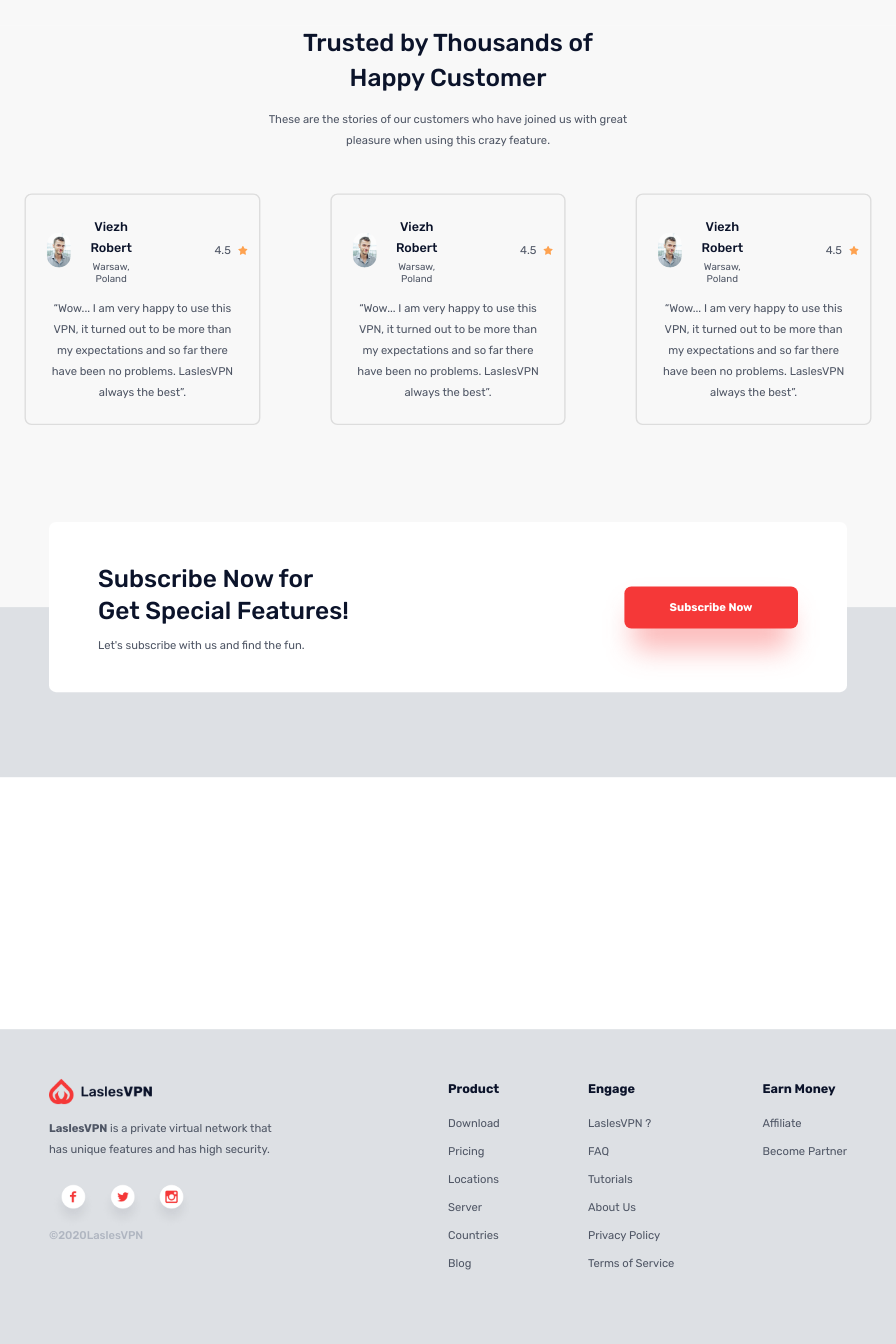
Repository: dangpham205/LaslesVPN-Landing-Page
Page: index.html
These files come from the project's save history. The page is drawn as it stood at one moment and after the next save; the edit follows.
The browser window is 1280 px wide. The pictures show the part of the page from y = 3716 to 5636 px (the page is 5636 px tall before and 5136 px after), at 70% of full size.
Some web libraries are served in a nearby version.

Above is the page before, as saved 2022-07-21 09:32:35.

### index.html
<!DOCTYPE html>
<html lang="en">
<head>
    <meta charset="UTF-8">
    <meta http-equiv="X-UA-Compatible" content="IE=edge">
    <meta name="viewport" content="width=device-width, initial-scale=1.0">
    <title>Lasles</title>
    <link rel="stylesheet" type="text/css" href="https://cdn.jsdelivr.net/npm/slick-carousel@1.8.1/slick/slick.css"/>
    <link rel="preconnect" href="https://fonts.googleapis.com" />
    <link rel="preconnect" href="https://fonts.gstatic.com" crossorigin />
    <link
      href="https://fonts.googleapis.com/css2?family=Rubik:wght@400;500;700&display=swap"
      rel="stylesheet"
    />
    <link rel="stylesheet" href="./assets/css/style.css">
</head>
<body>
    <div class="wrapper">

        <!-- Menu -->
        <header class="menu">
            <div class="container">
                <div class="menu__container">
                    <img srcset="./assets/img/logo.png 2x" alt="" class="menu__logo" />
                    <div class="menu__list">
                        <div class="menu__item">
                            <a href="" class="menu__item-link">About</a>
                        </div>
                        <div class="menu__item">
                            <a href="" class="menu__item-link">Features</a>
                        </div>
                        <div class="menu__item">
                            <a href="" class="menu__item-link">Pricing</a>
                        </div>
                        <div class="menu__item">
                            <a href="" class="menu__item-link">Testimonials</a>
                        </div>
                        <div class="menu__item">
                            <a href="" class="menu__item-link">Help</a>
                        </div>
                    </div>
                    <div class="menu__buttons">
                        <a href="" class="menu__button--sign-in">Sign In</a>
                        <a href="" class="button button--outline menu__button--sign-up">Sign Up</a>
                    </div>
                </div>
            </div>
        </header>

        <main>
            <!-- hero -->
            <section class="hero">
                <div class="container">
                    <div class="hero__container">
                        <div class="hero__content">
                            <h1 class="hero__title">Want anything to be easy with <strong>LaslesVPN</strong>.</h1>
                            <p class="hero__desc text">Provide a network for all your needs with ease and fun using LaslesVPN discover interesting features from us.</p>
                            <a href="" class="button button--primary button--rounded button--shadow">Get Started</a>
                        </div>
                        <div class="hero__image">
                            <img srcset="./assets/img/hero.png 2x" alt="">
                        </div>
                    </div>
                </div>
            </section>


            <!-- info -->
            <section class="info">
                <div class="container">
                    <div class="info__container">
                        <div class="info__item">
                            <div class="info__item-image">
                                <img src="" alt="" srcset="./assets/img/user.png 2x">
                            </div>
                            <div class="info__item-text">
                                <h3 class="info__item-title">90+</h3>
                                <p class="info__item-desc">Users</p>
                            </div>
                        </div>
                        <div class="info__item">
                            <div class="info__item-image">
                                <img src="" alt="" srcset="./assets/img/location.png 2x">
                            </div>
                            <div class="info__item-text">
                                <h3 class="info__item-title">30+</h3>
                                <p class="info__item-desc">Locations</p>
                            </div>
                        </div>
                        <div class="info__item">
                            <div class="info__item-image">
                                <img src="" alt="" srcset="./assets/img/Server.png 2x">
                            </div>
                            <div class="info__item-text">
                                <h3 class="info__item-title">50+</h3>
                                <p class="info__item-desc">Servers</p>
                            </div>
                        </div>
                    </div>
                </div>
            </section>

            <!-- feature -->
            <section class="feature">
                <div class="container">
                    <div class="feature__container">
                        <div class="feature__image">
                            <img src="" alt="" srcset="./assets/img/feature.png 2x">
                        </div>
                        <div class="feature__content">
                            <h3 class="feature__title heading">We Provide Many Features You Can Use</h3>
                            <p class="feature__desc text">You can explore the features that we provide with fun and have their own functions each feature.

                            </p>
                            <ul class="feature__list">
                                <li class="feature__item">
                                    <img src="./assets/img/ic-check.svg" alt="" class="feature__item-icon">
                                    <span class="feature__item-text">Powerfull online protection.</span>
                                </li>
                                <li class="feature__item">
                                    <img src="./assets/img/ic-check.svg" alt="" class="feature__item-icon">
                                    <span class="feature__item-text">Internet without borders.</span>
                                </li>
                                <li class="feature__item">
                                    <img src="./assets/img/ic-check.svg" alt="" class="feature__item-icon">
                                    <span class="feature__item-text">Supercharged VPN</span>
                                </li>
                                <li class="feature__item">
                                    <img src="./assets/img/ic-check.svg" alt="" class="feature__item-icon">
                                    <span class="feature__item-text">No specific time limits.</span>
                                </li>
                            </ul>
                        </div>

                    </div>
                </div>
            </section>

            <!-- plan -->
            <section class="plan">
                <div class="container">
                    <div class="plan__container">
                        <div class="plan__header">
                            <h3 class="plan__title heading">Choose Your Plan</h3>
                            <p class="plan__desc text">Let's choose the package that is best for you and explore it happily and cheerfully.</p>
                        </div>
                        <div class="plan__list">
                            <div class="plan__item">
                                <div class="plan__item-image">
                                    <img src="" alt="" srcset="./assets/img/plan.png 2x">
                                </div>
                                <h4 class="plan__item-title heading-small">Free Plan</h4>
                                <ul class="plan__item-details">
                                    <li class="plan__item-detail">
                                        <img src="./assets/img/ic-check-line.svg" alt="">
                                        <span class="plan__item-desc">Unlimited Bandwitch</span>
                                    </li>
                                    <li class="plan__item-detail">
                                        <img src="./assets/img/ic-check-line.svg" alt="">
                                        <span class="plan__item-desc">Encrypted Connection</span>
                                    </li>
                                    <li class="plan__item-detail">
                                        <img src="./assets/img/ic-check-line.svg" alt="">
                                        <span class="plan__item-desc">No Traffic Logs</span>
                                    </li>
                                    <li class="plan__item-detail">
                                        <img src="./assets/img/ic-check-line.svg" alt="">
                                        <span class="plan__item-desc">Works on All Devices</span>
                                    </li>
                                </ul>
                                <div class="plan__item-price">Free</div>
                                <a href="" class="plan__item-btn button button--outline">Select</a>
                            </div>
                            <div class="plan__item">
                                <div class="plan__item-image">
                                    <img src="" alt="" srcset="./assets/img/plan.png 2x">
                                </div>
                                <h4 class="plan__item-title heading-small">Standard Plan</h4>
                                <ul class="plan__item-details">
                                    <li class="plan__item-detail">
                                        <img src="./assets/img/ic-check-line.svg" alt="">
                                        <span class="plan__item-desc">Unlimited Bandwitch</span>
                                    </li>
                                    <li class="plan__item-detail">
                                        <img src="./assets/img/ic-check-line.svg" alt="">
                                        <span class="plan__item-desc">Encrypted Connection</span>
                                    </li>
                                    <li class="plan__item-detail">
                                        <img src="./assets/img/ic-check-line.svg" alt="">
                                        <span class="plan__item-desc">Yes Traffic Logs</span>
                                    </li>
                                    <li class="plan__item-detail">
                                        <img src="./assets/img/ic-check-line.svg" alt="">
                                        <span class="plan__item-desc">Works on All Devices</span>
                                    </li>
                                    <li class="plan__item-detail">
                                        <img src="./assets/img/ic-check-line.svg" alt="">
                                        <span class="plan__item-desc">Connect Anyware</span>
                                    </li>
                                </ul>
                                <div class="plan__item-price">$9 / mo</div>
                                <a href="" class="plan__item-btn button button--outline">Select</a>
                            </div>
                            <div class="plan__item plan__item--active">
                                <div class="plan__item-image">
                                    <img src="" alt="" srcset="./assets/img/plan.png 2x">
                                </div>
                                <h4 class="plan__item-title heading-small">Premium Plan</h4>
                                <ul class="plan__item-details">
                                    <li class="plan__item-detail">
                                        <img src="./assets/img/ic-check-line.svg" alt="">
                                        <span class="plan__item-desc">Unlimited Bandwitch</span>
                                    </li>
                                    <li class="plan__item-detail">
                                        <img src="./assets/img/ic-check-line.svg" alt="">
                                        <span class="plan__item-desc">Encrypted Connection</span>
                                    </li>
                                    <li class="plan__item-detail">
                                        <img src="./assets/img/ic-check-line.svg" alt="">
                                        <span class="plan__item-desc">Yes Traffic Logs</span>
                                    </li>
                                    <li class="plan__item-detail">
                                        <img src="./assets/img/ic-check-line.svg" alt="">
                                        <span class="plan__item-desc">Works on All Devices</span>
                                    </li>
                                    <li class="plan__item-detail">
                                        <img src="./assets/img/ic-check-line.svg" alt="">
                                        <span class="plan__item-desc">Connect Anyware</span>
                                    </li>
                                    <li class="plan__item-detail">
                                        <img src="./assets/img/ic-check-line.svg" alt="">
                                        <span class="plan__item-desc">Get New Features</span>
                                    </li>
                                </ul>
                                <div class="plan__item-price">$12 / mo</div>
                                <a href="" class="plan__item-btn button button--outline">Select</a>
                            </div>
                        </div>
                    </div>
                </div>
            </section>

            <!-- location -->
            <section class="location">
                <div class="container">
                    <div class="location__container">
                        <h3 class="location__title heading">Huge Global Network of Fast VPN</h3>
                        <p class="location__desc text">See <strong>LaslesVPN</strong> everywhere to make it easier for you when you move locations.</p>
                        <div class="location__image">
                            <img src="" alt="" srcset="./assets/img/map.png 2x">
                        </div>
                        <div class="location__partners">
                            <img srcset="./assets/img/netflix.png 2x" alt="">
                            <img srcset="./assets/img/reddit.png 2x" alt="">
                            <img srcset="./assets/img/amazon.png 2x" alt="">
                            <img srcset="./assets/img/discord.png 2x" alt="">
                            <img srcset="./assets/img/spotify.png 2x" alt="">
                        </div>
                    </div>
                </div>
            </section>

            <section class="comment">
                <div class="container">
                    <div class="comment__container">
                        <h3 class="comment__title heading">Trusted by Thousands of Happy Customer</h3>
                        <p class="comment__desc text">These are the stories of our customers who have joined us with great pleasure when using this crazy feature.</p>

                        <div class="customer-list">
                            <div class="customer-item">
                              <div class="customer-top">
                                <div class="customer-info">
                                  <div class="customer-avatar">
                                    <img srcset="./assets/img/avatar.png 2x" alt="">
                                  </div>
                                  <div class="customer-content">
                                    <h3 class="heading-small customer-name">Viezh Robert</h3>
                                    <span class="text-small customer-address">Warsaw, Poland</span>
                                  </div>
                                </div>
                                <div class="customer-rating">
                                  <span>4.5</span>
                                  <img src="./assets/img/icon-star.svg" alt="">
                                </div>
                              </div>
                              <div class="text customer-desc">“Wow... I am very happy to use this VPN, it turned out to be more than my expectations and so far there have been no problems. LaslesVPN always the best”.</div>
                            </div>
                            <div class="customer-item">
                              <div class="customer-top">
                                <div class="customer-info">
                                  <div class="customer-avatar">
                                    <img srcset="./assets/img/avatar.png 2x" alt="">
                                  </div>
                                  <div class="customer-content">
                                    <h3 class="heading-small customer-name">Viezh Robert</h3>
                                    <span class="text-small customer-address">Warsaw, Poland</span>
                                  </div>
                                </div>
                                <div class="customer-rating">
                                  <span>4.5</span>
                                  <img src="./assets/img/icon-star.svg" alt="">
                                </div>
                              </div>
                              <div class="text customer-desc">“Wow... I am very happy to use this VPN, it turned out to be more than my expectations and so far there have been no problems. LaslesVPN always the best”.</div>
                            </div>
                            <div class="customer-item">
                              <div class="customer-top">
                                <div class="customer-info">
                                  <div class="customer-avatar">
                                    <img srcset="./assets/img/avatar.png 2x" alt="">
                                  </div>
                                  <div class="customer-content">
                                    <h3 class="heading-small customer-name">Viezh Robert</h3>
                                    <span class="text-small customer-address">Warsaw, Poland</span>
                                  </div>
                                </div>
                                <div class="customer-rating">
                                  <span>4.5</span>
                                  <img src="./assets/img/icon-star.svg" alt="">
                                </div>
                              </div>
                              <div class="text customer-desc">“Wow... I am very happy to use this VPN, it turned out to be more than my expectations and so far there have been no problems. LaslesVPN always the best”.</div>
                            </div>
                            <!-- <div class="customer-item">
                              <div class="customer-top">
                                <div class="customer-info">
                                  <div class="customer-avatar">
                                    <img srcset="./assets/img/avatar.png 2x" alt="">
                                  </div>
                                  <div class="customer-content">
                                    <h3 class="heading-small customer-name">Viezh Robert</h3>
                                    <span class="text-small customer-address">Warsaw, Poland</span>
                                  </div>
                                </div>
                                <div class="customer-rating">
                                  <span>4.5</span>
                                  <img src="./assets/img/icon-star.svg" alt="">
                                </div>
                              </div>
                              <div class="text customer-desc">“Wow... I am very happy to use this VPN, it turned out to be more than my expectations and so far there have been no problems. LaslesVPN always the best”.</div>
                            </div> -->
                          </div>
                        </div>

                    </div>
                </div>
            </section>

            <section class="subscribe">
                <div class="container">
                    <div class="subscribe__container">
                        <div class="subscribe__content">
                            <h3 class="subscribe__title heading">Subscribe Now for Get Special Features!</h3>
                            <p class="subscribe__desc text">Let's subscribe with us and find the fun.</p>
                        </div>
                        <a href="" class="subscribe__button button button--primary button--rounded button--shadow">Subscribe Now</a>
                    </div>
                </div>
            </section>

            <div class="container" style="height: 500px;"></div>
        </main>


        <footer>
            <div class="container">
                <div class="footer__container">
                    <div class="footer__info">
                        <div class="footer__image">
                            <img src="" alt="" srcset="./assets/img/footer_logo.png 2x">
                            <p class="footer__desc"><strong>LaslesVPN</strong> is a private virtual network that has unique features and has high security.</p>
                            <div class="footer__contacts">
                                <img src="" alt="" srcset="./assets/img/fb.png 2x">
                                <img src="" alt="" srcset="./assets/img/tw.png 2x">
                                <img src="" alt="" srcset="./assets/img/ins.png 2x">
                            </div>
                            <p class="footer__copyright">©2020LaslesVPN</p>
                        </div>
                    </div>
                    <div class="footer__menu">
                        <div class="footer__category">
                            <h4 class="footer__category-title">Product</h4>
                            <p class="footer__category-option">Download</p>
                            <p class="footer__category-option">Pricing</p>
                            <p class="footer__category-option">Locations</p>
                            <p class="footer__category-option">Server</p>
                            <p class="footer__category-option">Countries</p>
                            <p class="footer__category-option">Blog</p>
                        </div>
                        <div class="footer__category">
                            <h4 class="footer__category-title">Engage</h4>
                            <p class="footer__category-option">LaslesVPN ?</p>
                            <p class="footer__category-option">FAQ</p>
                            <p class="footer__category-option">Tutorials</p>
                            <p class="footer__category-option">About Us</p>
                            <p class="footer__category-option">Privacy Policy</p>
                            <p class="footer__category-option">Terms of Service</p>
                        </div>
                        <div class="footer__category">
                            <h4 class="footer__category-title">Earn Money</h4>
                            <p class="footer__category-option">Affiliate</p>
                            <p class="footer__category-option">Become Partner</p>
                        </div>
                    </div>
                </div>
            </div>
        </footer>

    </div>



    <script
      type="text/javascript"
      src="https://code.jquery.com/jquery-1.11.0.min.js"
    ></script>
    <script
      type="text/javascript"
      src="https://code.jquery.com/jquery-migrate-1.2.1.min.js"
    ></script>
    <script
      type="text/javascript"
      src="https://cdn.jsdelivr.net/npm/slick-carousel@1.8.1/slick/slick.min.js"
    ></script>
    <!-- <script src="./script/app.js"></script> -->
    <!-- <script src="./script/app.js"></script> -->
</body>
</html>

Loaded but not shown: assets/css/style.css (583 lines, source omitted)

After the next save:
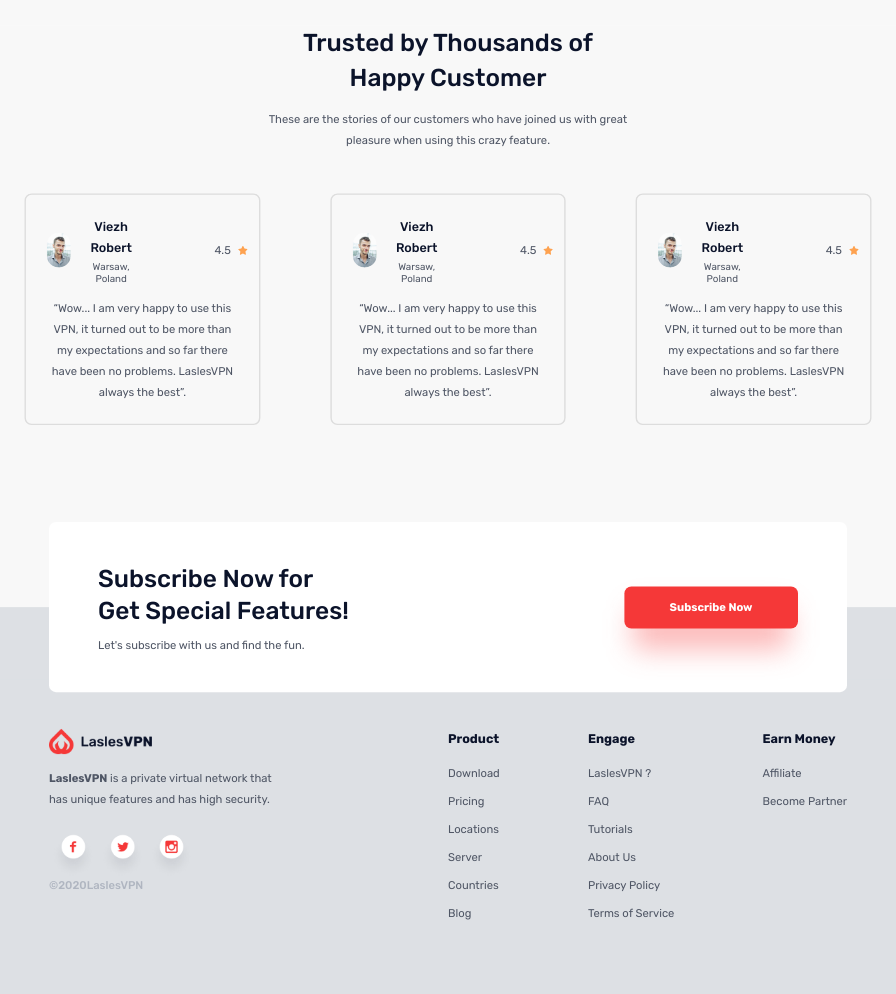
Saved 17 s later.
--- a/index.html
+++ b/index.html
@@ -358,7 +358,6 @@
                 </div>
             </section>
 
-            <div class="container" style="height: 500px;"></div>
         </main>
 
 
